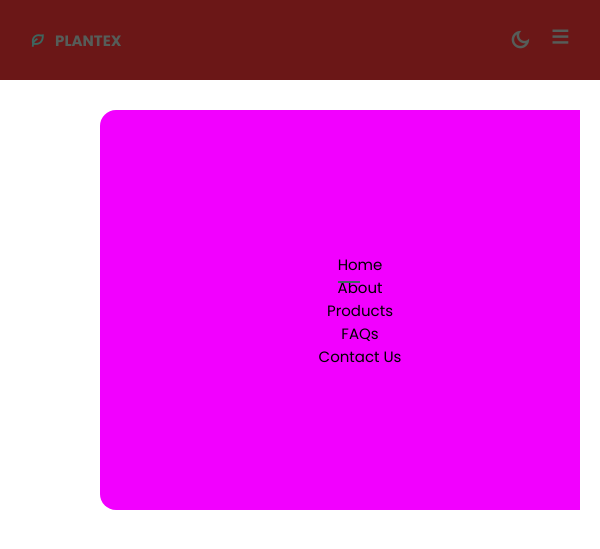
Repository: OmniaRafat232111121/plantwebsite
Page: index.html
The author's editor kept a copy of each file at every save. The page is drawn from the files as they stood at one save, then again after a run of saves.
The browser window is 600 px wide. The pictures show the whole page.
After loading, the first visible `#navToggle` was clicked once.

Above is the page before, as saved 2023-01-04 15:41:39.

### index.html
<!DOCTYPE html>
<html lang="en">
<head>
    <meta charset="UTF-8">
    <meta http-equiv="X-UA-Compatible" content="IE=edge">
    <meta name="viewport" content="width=device-width, initial-scale=1.0">
    <title>plant-website</title>
      <!--icon web-->
    <link rel="shortcut icon" href="assets/img/favicon.png" type="image/x-icon">
    <!--css style-->
    <link rel="stylesheet" href="./assets/css/styles.css">
    <!--remix icon-->
    <link href="https://cdn.jsdelivr.net/npm/remixicon@2.5.0/fonts/remixicon.css" rel="stylesheet">
</head>
<body>
<!--header-->
<header class="header" id="header">
<div class="container-header">
    <a class="nav_logo">
   <i class="ri-leaf-line nav_logo-icon "></i>Plantex
</a>

<nav class="nav_menu" id="nav_menu">
    <ul class="nav_list" id="nav_list">
        <li class="nav_item" id="nav_item">
                            <a href="#home" class="nav_link active-link">Home</a>
                        </li>
                        <li class="nav__item">
                            <a href="#about" class="nav_link">About</a>
                        </li>
                        <li class="nav__item">
                            <a href="#products" class="nav_link">Products</a>
                        </li>
                        <li class="nav__item">
                            <a href="#faqs" class="nav_link">FAQs</a>
                        </li>
                        <li class="nav__item">
                            <a href="#contact" class="nav_link">Contact Us</a>
                        </li>
                        <li class="mood">
       <i class= "ri-moon-line change-theme" id="theme-button"></i>

    </li>



    </ul>

    <div class="nav-close" id="nav_close">
        <i class="ri-close-line"></i>

    </div>
    <div  class="nav-btns">
   <i class= "ri-moon-line change-theme" id="theme-button"></i>
    <div class="nav-toggle" id="navToggle">
      <i class="ri-menu-line"></i>
    </div>
   </div>
    </div>
</nav>
</div>

</header>
   <script src="./assets/js/main.js"></script>
</body>
</html>

### assets/css/styles.css
/*=============== GOOGLE FONTS ===============*/
@import url('https://fonts.googleapis.com/css2?family=Poppins:wght@400;500;600;700&display=swap');

/*=============== VARIABLES CSS ===============*/
:root {
  --header-height: 3.5rem; /*56px*/

  /*========== Colors ==========*/
  /*Color mode HSL(hue, saturation, lightness)*/
  --black:#000;
  --green:#3e655e;
  --hue: 152;
  --first-color: hsl(var(--hue), 24%, 32%);
  --first-color-alt: hsl(var(--hue), 24%, 28%);
  --first-color-light: hsl(var(--hue), 24%, 66%);
  --first-color-lighten: hsl(var(--hue), 24%, 92%);
  --title-color: hsl(var(--hue), 4%, 15%);
  --text-color: hsl(var(--hue), 4%, 35%);
  --text-color-light: hsl(var(--hue), 4%, 55%);
  --body-color: hsl(var(--hue), 0%, 100%);
  --container-color: #FFF;

  /*========== Font and typography ==========*/
  /*.5rem = 8px | 1rem = 16px ...*/
  --body-font: 'Poppins', sans-serif;
  --big-font-size: 2rem;
  --h1-font-size: 1.5rem;
  --h2-font-size: 1.25rem;
  --h3-font-size: 1rem;
  --normal-font-size: .938rem;
  --small-font-size: .813rem;
  --smaller-font-size: .75rem;

  /*========== Font weight ==========*/
  --font-medium: 500;
  --font-semi-bold: 600;

  /*========== Margenes Bottom ==========*/
  /*.5rem = 8px | 1rem = 16px ...*/
  --mb-0-5: .5rem;
  --mb-0-75: .75rem;
  --mb-1: 1rem;
  --mb-1-5: 1.5rem;
  --mb-2: 2rem;
  --mb-2-5: 2.5rem;

  /*========== z index ==========*/
  --z-tooltip: 10;
  --z-fixed: 100;
}

/* Responsive typography */
@media screen and (min-width: 968px) {
  :root {
    --big-font-size: 3.5rem;
    --h1-font-size: 2.25rem;
    --h2-font-size: 1.5rem;
    --h3-font-size: 1.25rem;
    --normal-font-size: 1rem;
    --small-font-size: .875rem;
    --smaller-font-size: .813rem;
  }
}

/*=============== BASE ===============*/
*{
  box-sizing: border-box;
  padding: 0;
  margin: 0;
}

html{
  scroll-behavior: smooth;
}

body,
button,
input,
textarea{
  font-family: var(--body-font);
  font-size: var(--normal-font-size);
}

body{
  margin: var(--header-height) 0 0 0;
  background-color: var(--body-color);
  color: var(--text-color);
  transition: .4s; /*For animation dark mode*/
}

button{
  cursor: pointer;
  border: none;
  outline: none;
}

h1,h2,h3{
  color: var(--title-color);
  font-weight: var(--font-semi-bold);
}

ul{
  list-style: none;
}

a{
  text-decoration: none;
}

img{
  max-width: 100%;
  height: auto;
}
/*========== resuable component ==========*/



/*========Header========*/
 header{
  background-color: rgb(107, 23, 23);
  position: fixed;
  top:0;
  left:0;
  width:100%;
  z-index:1000;
  transition: 0.3s;
}
.container-header{
  display:flex;
  align-items: center;
  justify-content: space-between;
  height:var(--header-height);
  padding:40px;
}
.nav_menu{

}
.nav_logo{
  text-transform: uppercase;
  display:inline-flex;
  align-items: center;
  column-gap: 10px;
  font-weight: bold;
  margin-left: 50px;
  cursor: pointer;
}
.nav_logo:hover{
  color:var(--green);
}
.nav_logo-icon{
   color:var(--green);
}
.nav_logo i:hover{
  color:var(--black);
}
nav ul li {
  display: inline-block;
  cursor: pointer;
  margin-left: 40px;
}
nav ul li a{
  color:var(--black);


}
.nav-btns{
  display: none;
}
.mood{
  margin-left: 40px;
  font-size: 20px;

}

.nav-close
{
  color:var(--black);
  display:none;

}

.nav-btns{
  font-size: 20px;
  cursor: pointer;
}
.active-link{
  position: relative;
  color: var(--black);
}
.active-link::after{
  content: '';
  position: absolute;
  bottom: -8px;
  left: 0;
  width: 50%;
  height: 2px;
  background-color: var(--green);
}
.nav_link:hover{
 color: var(--green);
 transition: 0.3s;
}
@media screen and (max-width: 767px){
.nav_list{
display: none;
}
.nav_logo{
  margin-left: -10px;
}

.nav-btns{
  display:inline-flex;
  align-items: center;
  column-gap: 20px;
  font-weight: bold;
  margin-right: -10px;
  cursor: pointer;
}

  .show-menu{

     position: fixed;
    background-color:rgb(242, 0, 255) ;
    width: 80%;
    height: 50%;
    top: 80px;
    right: 0px;
    left:100px;
    border-radius: 1rem 0 0 1rem;
    transition: .3s;
    z-index: 1000;
    display:flex;
    flex-direction: column;
  justify-content: center;
  align-items: center;
  margin-top: 30px;



  }
  .show-menu {

  }
  .show-menu .mood .ri-moon-line{
    display: none;
  }
  .show-menu .nav-close{
     display: block;
  }
  .nav_list .show-menu{

  }


}

### assets/js/main.js
let navMenu = document.getElementById('nav_menu');
let navList = document.getElementById('nav_list');
let navItem = document.getElementById('nav ul li');
let closeButton = document.getElementById('nav_close');
let navToggle = document.getElementById('navToggle');
navToggle.addEventListener('click', function () {
    navList.classList.toggle('show-menu');

})

After the next 2 saves:
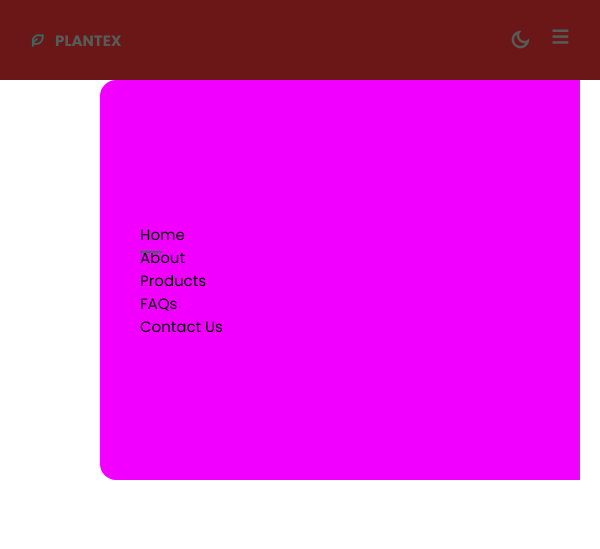
The 2 saves are shown as one change because they came seconds apart.
The last was saved 20 s later.
--- a/assets/css/styles.css
+++ b/assets/css/styles.css
@@ -232,8 +232,8 @@ display: none;
     display:flex;
     flex-direction: column;
   justify-content: center;
-  align-items: center;
-  margin-top: 30px;
+
+
 
 
 
